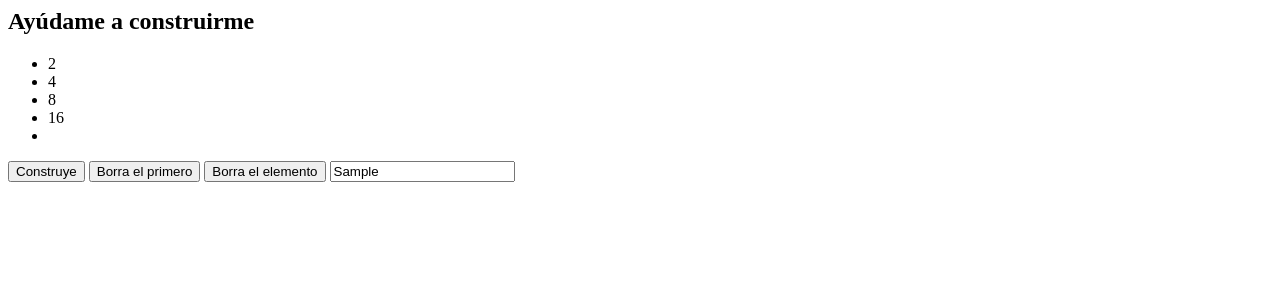
Repository: JesusSePe/M06
Page: jQuery/ej5.html
These files come from the project's save history. The page is drawn as it stood at one moment and after the next save; the edit follows.
The browser window is 1280 px wide. The pictures show the whole page.
Empty fields were first filled with sample values (such as "Sample", 5 or name@example.com).
After loading, the first visible `input` was clicked once.

Above is the page before, as saved 2021-01-31 11:16:15.

### jQuery/ej5.html
<html>

<head>
    <meta charset="utf-8" />
    <script src="https://code.jquery.com/jquery-3.5.1.min.js"
        integrity="sha256-9/aliU8dGd2tb6OSsuzixeV4y/faTqgFtohetphbbj0=" crossorigin="anonymous"></script>
    <script src="ej5.js"></script>
</head>

<body>
    <h2>Ayúdame a construirme</h2>
    <ul>
        <li>
            2
        </li>
        <li>
            4
        </li>
        <li>
            8
        </li>
    </ul>
    <input type="button" name="construir" value="Construye"/>
    <input type="button" name="borrarFirst" value="Borra el primero" />
    <input type="button" name="borraSeleccion" value="Borra el elemento" />
    <input type="text" name="elementToDelete" />
</body>

</html>

### jQuery/ej5.js
$(document).ready(function () {
    $("input[name=construir]").on("click", function () {
        construir();
    })
});



function construir() {
    $child = $('ul li:last').text();
    $child = $child * 2;
    $input = '<li>' + $child + '<li>';
    $('ul').append($input);
}

After the next save:
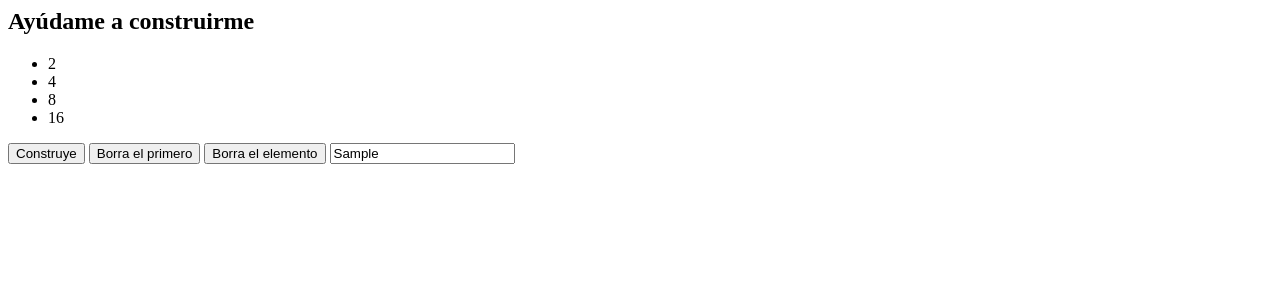
Saved 13 s later.
--- a/jQuery/ej5.js
+++ b/jQuery/ej5.js
@@ -9,6 +9,6 @@
 function construir() {
     $child = $('ul li:last').text();
     $child = $child * 2;
-    $input = '<li>' + $child + '<li>';
+    $input = '<li>' + $child + '</li>';
     $('ul').append($input);
 }

After the 3 saves that followed:
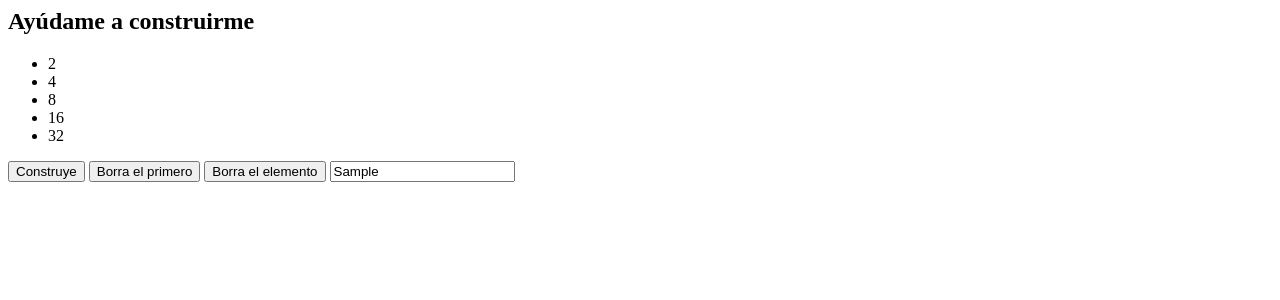
The 3 saves are shown as one change because 2 left the picture as it was.
The last was saved 111 s later.
--- a/jQuery/ej5.js
+++ b/jQuery/ej5.js
@@ -2,8 +2,10 @@
     $("input[name=construir]").on("click", function () {
         construir();
     })
+    $("input[name=construir]").on("click", function () {
+        construir();
+    })
 });
-
 
 
 function construir() {
